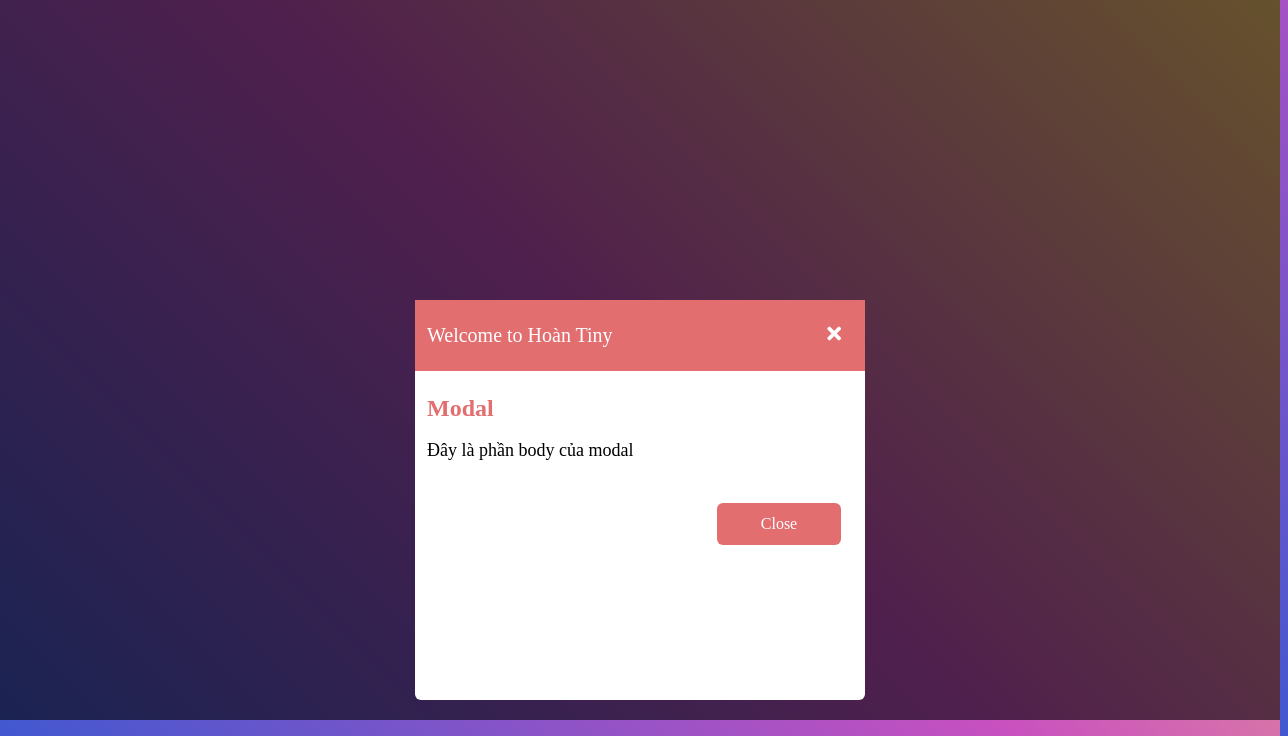
Repository: HoanTiny/30projects-30day
Page: Day 3/index.html
The author's editor kept a copy of each file at every save. The page is drawn from the files as they stood at one save, then again after a run of saves.
The browser window is 1280 px wide. The page is 1288 px wide, so the pictures cover 1288 px, including what lies to the right of the window. The pictures show the whole page.
Some web libraries are served in a nearby version.

Above is the page before, as saved 2021-12-01 16:16:29.

After the next 4 saves:
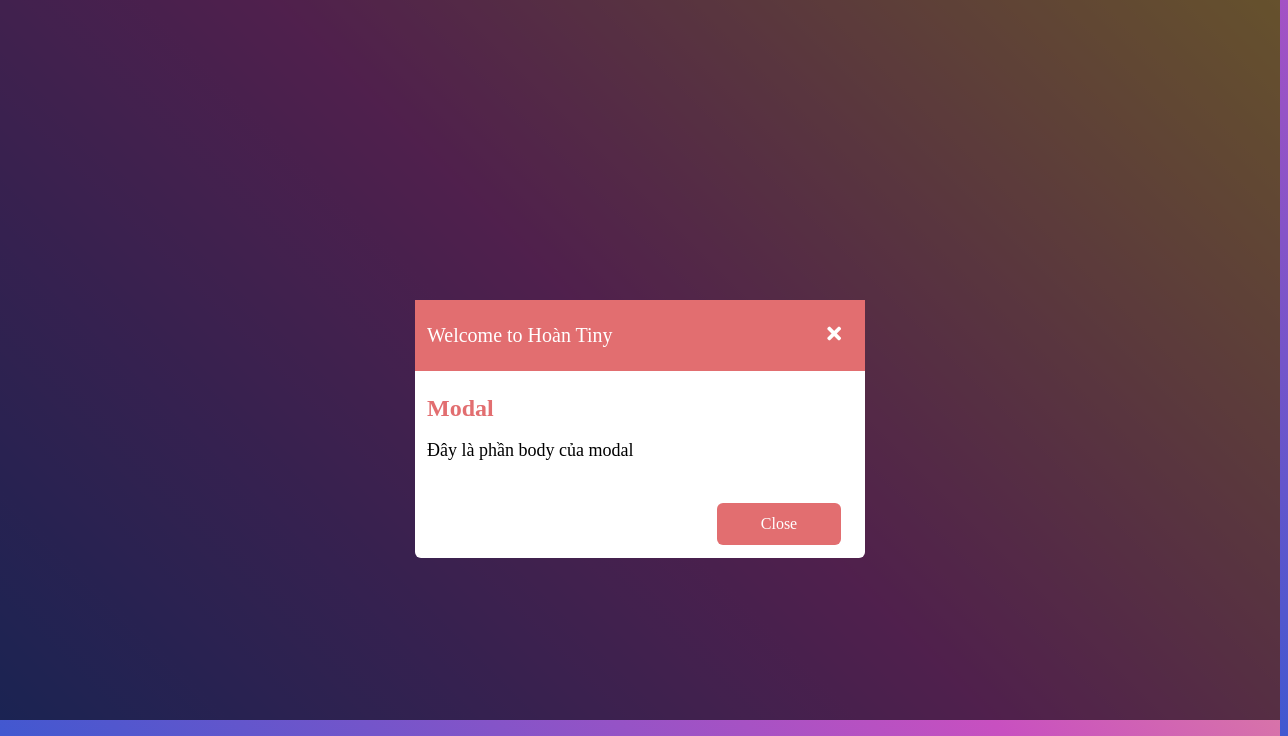
The 4 saves are shown as one change because they came seconds apart.
The last was saved 13 s later.
--- a/Day 3/styles.css
+++ b/Day 3/styles.css
@@ -29,7 +29,7 @@ body {
     border-radius: 6px;
     background-color: #fff;
     width: 450px;
-    min-height: 400px;
+    min-height: 258px;
     z-index: 1;
     margin: 300px auto;
 }
